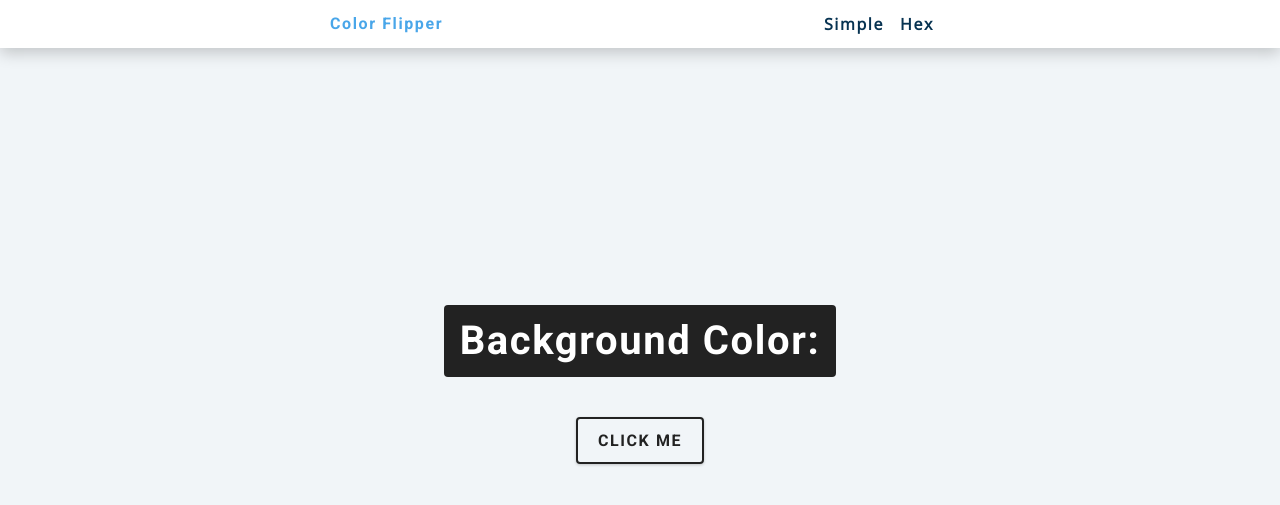
Repository: smit1298/color-changer
Page: index.html
These files come from the project's save history. The page is drawn as it stood at one moment and after a run of saves; the edit follows.
The browser window is 1280 px wide. The pictures show the whole page.

Above is the page before, as saved 2022-05-02 09:40:21.

After the next 2 saves:
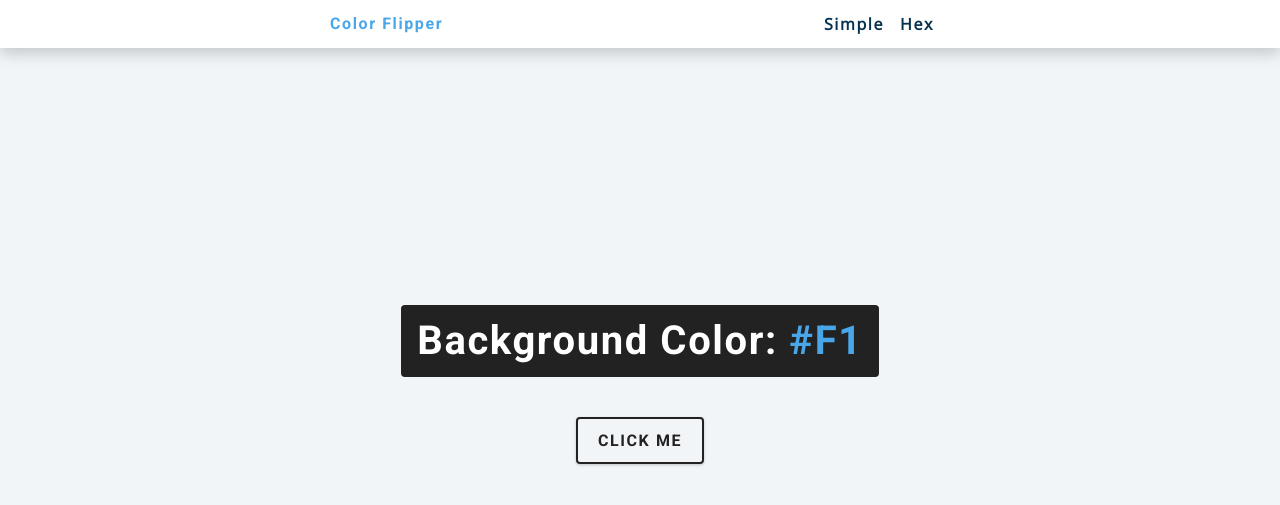
The 2 saves are shown as one change because they came seconds apart.
The last was saved 7 s later.
--- a/index.html
+++ b/index.html
@@ -28,7 +28,7 @@
     <div class="container">
       <h2>background color:
         <span class="color">
-
+          #f1
         </span>
       </h2>
       <button class="btn btn-hero" id="btn">click me</button>
